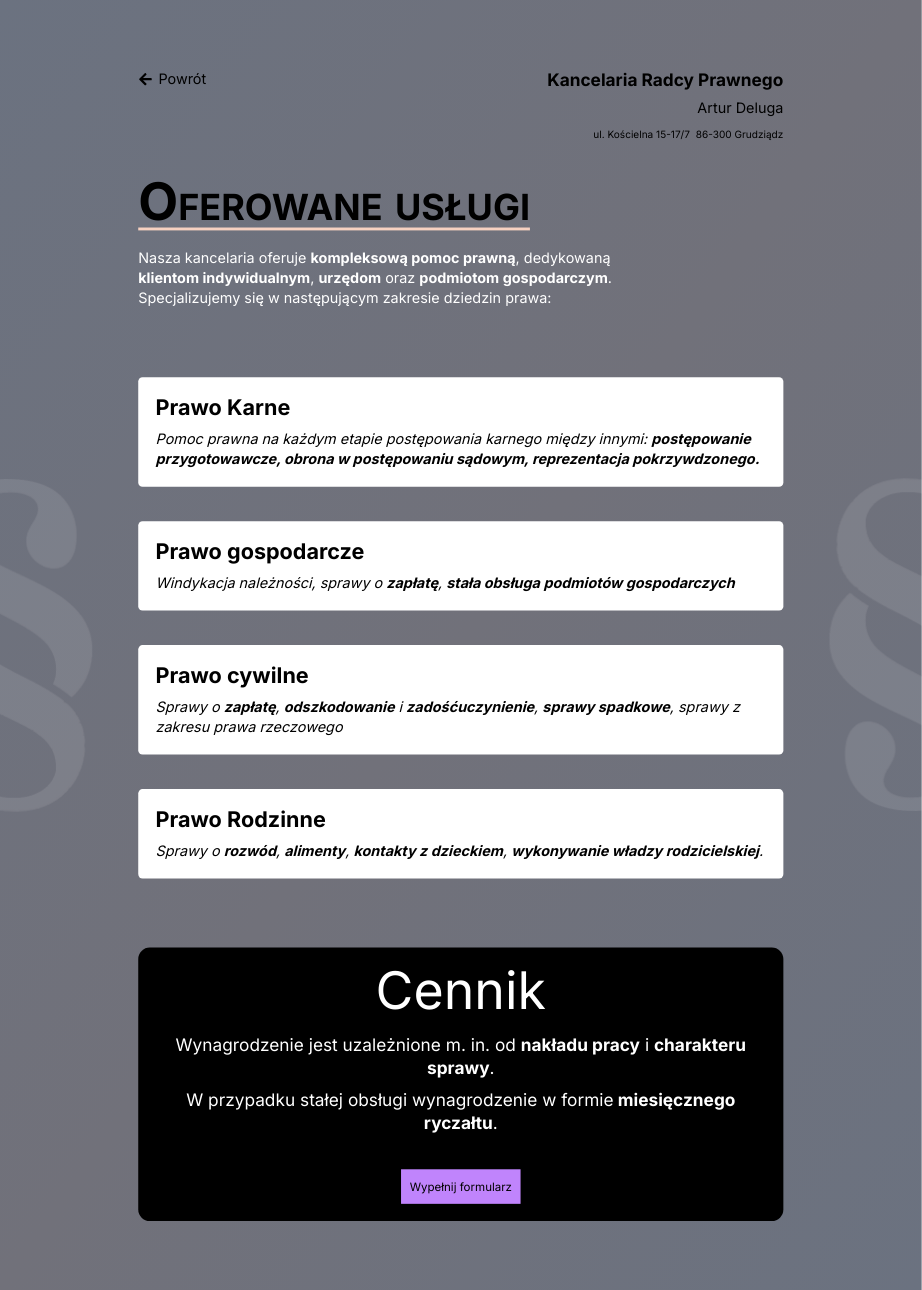
Repository: wesiudev/kancelaria-artur-deluga
Page: /oferta
These files come from the project's save history. The page is drawn as it stood at one moment and after the next save; the edit follows.
The browser window is 1280 px wide. The pictures show the whole page, at 72% of full size.
The project was rebuilt for these pictures with package versions that can differ from the ones it lists, and the page was loaded fresh each time. The framework's server and built-in components were replaced by stand-ins that run in the browser. Also part of the build but not shown: next.config.js.

Above is the page before, as saved 2023-08-09 16:40:41.

After the next save:
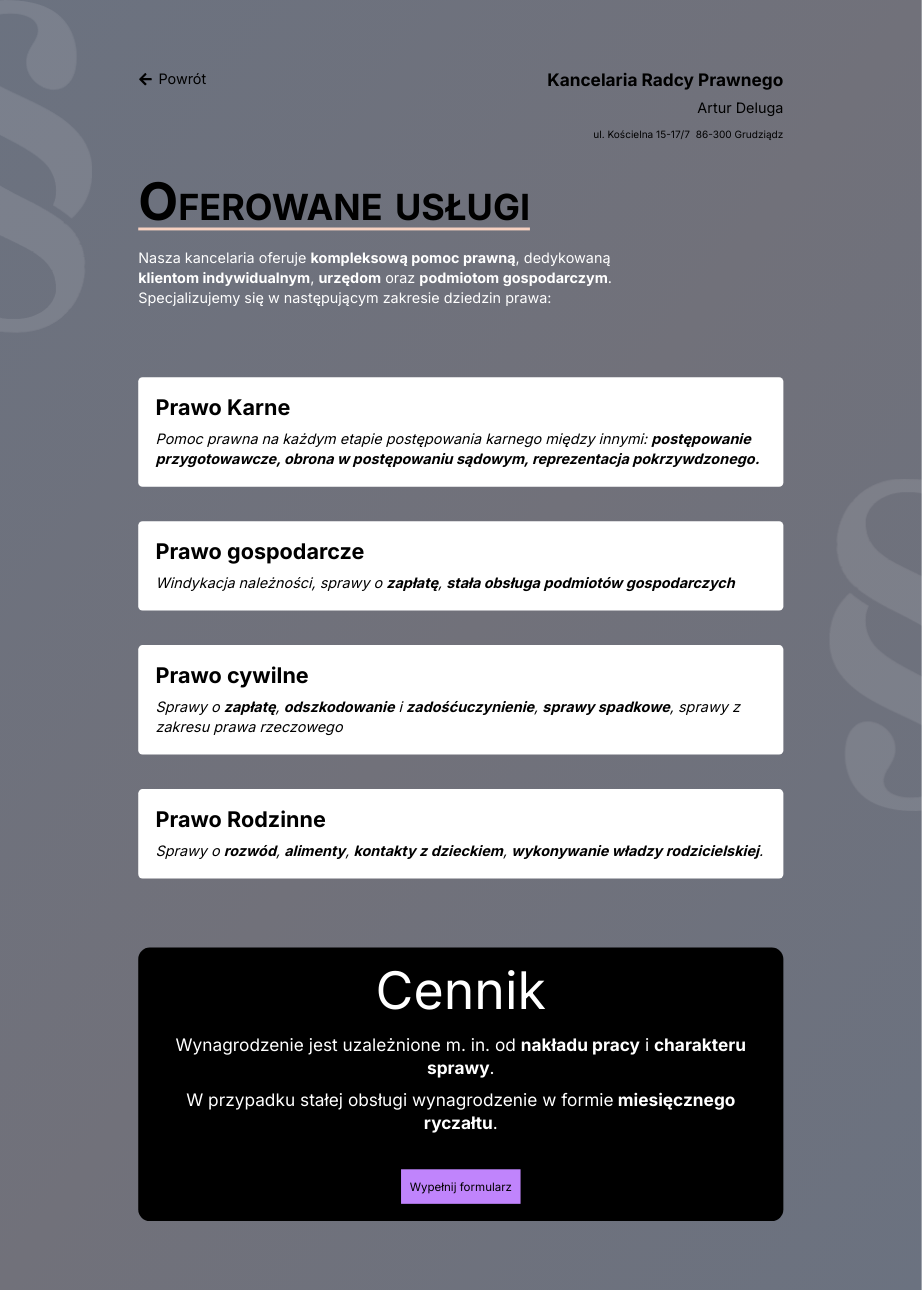
Saved 30 s later.
--- a/app/oferta/page.tsx
+++ b/app/oferta/page.tsx
@@ -31,15 +31,15 @@ export default function OfferMobile() {
   };
   return (
     <div className="w-full mx-auto z-[2000] bg-gradient-to-br from-gray-500 via-zinc-500 to-gray-500 overflow-x-hidden text-black">
+      <Image
+        src={paragraphImage}
+        alt="Paragraf obrazek w tle"
+        width={224}
+        height={224}
+        className="fixed opacity-10 -left-24 "
+      />
       <div className="flex flex-col space-x-[100px] min-h-screen items-center py-24">
         <div className="flex flex-col w-[85vw] lg:w-[70vw] 2xl:w-[60vw] min-h-screen justify-center ">
-          <Image
-            src={paragraphImage}
-            alt="Paragraf obrazek w tle"
-            width={224}
-            height={224}
-            className="fixed opacity-10 -left-24 "
-          />
           <Image
             src={paragraphImage}
             alt="Paragraf obrazek w tle"
